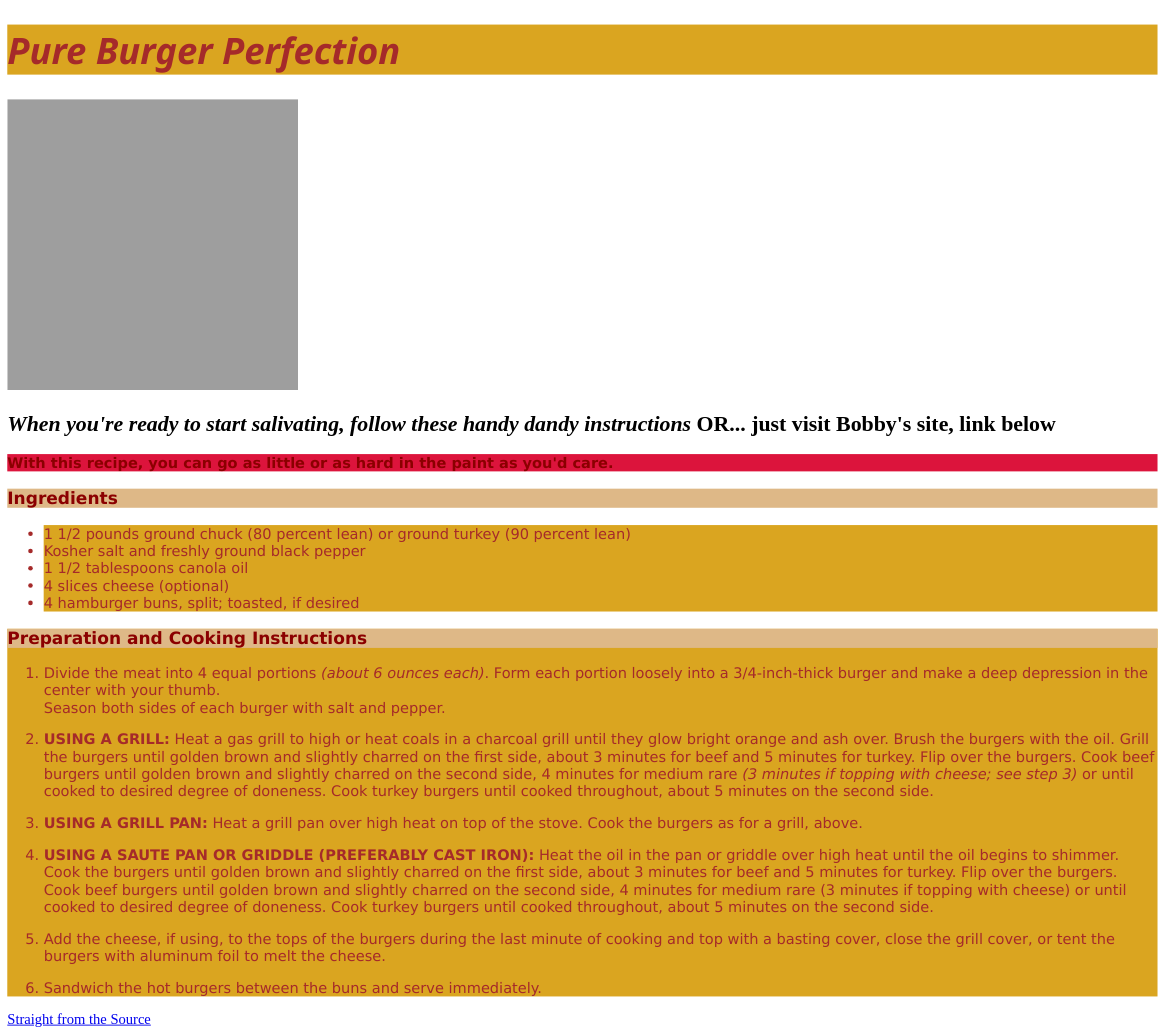
Repository: Spencertainty/practice-time
Page: member-spencer-odin-recipes/recipes/hamburgers.html
These files come from the project's save history. The page is drawn as it stood at one moment and after the next save; the edit follows.
The browser window is 1280 px wide. The pictures show the whole page, at 91% of full size.
Pictures or frames that could not be fetched are drawn as grey boxes.

Above is the page before, as saved 2024-01-10 15:53:03.

### member-spencer-odin-recipes/recipes/hamburgers.html
<!DOCTYPE html>
<!--[if lt IE 7]>      <html class="no-js lt-ie9 lt-ie8 lt-ie7"> <![endif]-->
<!--[if IE 7]>         <html class="no-js lt-ie9 lt-ie8"> <![endif]-->
<!--[if IE 8]>         <html class="no-js lt-ie9"> <![endif]-->
<!--[if gt IE 8]>      <html class="no-js"> <!--<![endif]-->
<html>
    <head>
        <meta charset="utf-8">
        <meta http-equiv="X-UA-Compatible" content="IE=edge">
        <title>hamburgers</title>
        <meta name="description" content="">
        <meta name="viewport" content="width=device-width, initial-scale=1">
        <link rel="stylesheet" href="burger.css">
    </head>

    <body>
        <!--[if lt IE 7]>
            <p class="browsehappy">You are using an <strong>outdated</strong> browser. Please <a href="#">upgrade your browser</a> to improve your experience.</p>
        <![endif]-->
        <h1><b>Pure Burger Perfection</b></h1>

<img src="../links-and-images/Cheeseburger.jpg" alt="the perfect burger" height="320" width="320">
<br>
<h2><em>When you're ready to start salivating, follow these handy dandy instructions</em> OR... just visit Bobby's site, link below</h2>
<p>With this recipe, you can go as little or as hard in the paint as you'd care.</p>
<h3>Ingredients</h3>
<ul>
    <div>
    <li>1 1/2 pounds ground chuck (80 percent lean) or ground turkey (90 percent lean) </li>
    <li>Kosher salt and freshly ground black pepper</li>
    <li>1 1/2 tablespoons canola oil</li>
    <li>4 slices cheese (optional)</li>
    <li>4 hamburger buns, split; toasted, if desired</li>
</div>
</ul>
<div>
<h3>Preparation and Cooking Instructions</h3>
<ol>
    <li>Divide the meat into 4 equal portions <em>(about 6 ounces each)</em>. Form each portion loosely into a 3/4-inch-thick burger and make a deep depression in the center with your thumb.
        <br>Season both sides of each burger with salt and pepper.</br></li>
    <p>

    </p><li><strong> USING A GRILL:</strong> Heat a gas grill to high or heat coals in a charcoal grill until they glow bright orange and ash over.
        Brush the burgers with the oil. Grill the burgers until golden brown and slightly charred on the first side, about 3 minutes for beef and 5 minutes for turkey.
        Flip over the burgers. Cook beef burgers until golden brown and slightly charred on the second side, 4 minutes for medium rare <em>(3 minutes if topping with cheese; see step 3)</em> or until cooked to desired degree of doneness.
        Cook turkey burgers until cooked throughout, about 5 minutes on the second side.</li>
    <p>    <li><b>USING A GRILL PAN:</b> Heat a grill pan over high heat on top of the stove. Cook the burgers as for a grill, above.</li></p>
    <li><strong> USING A SAUTE PAN OR GRIDDLE (PREFERABLY CAST IRON):</strong> Heat the oil in the pan or griddle over high heat until the oil begins to shimmer. Cook the burgers until golden brown and slightly charred on the first side, about 3 minutes for beef and 5 minutes for turkey.
        Flip over the burgers. Cook beef burgers until golden brown and slightly charred on the second side, 4 minutes for medium rare (3 minutes if topping with cheese) or until cooked to desired degree of doneness. Cook turkey burgers until cooked throughout, about 5 minutes on the second side.</li>
        <p><li>Add the cheese, if using, to the tops of the burgers during the last minute of cooking and top with a basting cover, close the grill cover, or tent the burgers with aluminum foil to melt the cheese.</p></li>
    <p><li>Sandwich the hot burgers between the buns and serve immediately.</li>        </p>
    </ol>
</div>
        <a href="https://www.foodnetwork.com/recipes/bobby-flay/perfect-burger-recipe-1957542" target="_blank" rel="noopener noreferrer">Straight from the Source</a>
        <script src="" async defer></script>

    </body>
</html>

### member-spencer-odin-recipes/recipes/burger.css
/* Apply Font Color to Title */

div {
    color: brown;
    background-color: goldenrod;
    text-align: left;
    font-family: Verdana, Geneva, Tahoma, sans-serif;
}

h1 {
    font-style: italic;
    font-family: 'Segoe UI', Tahoma, Geneva, Verdana, sans-serif;
    color: brown;
    font-size: 40px;
    background-color: goldenrod;
}

h2 {

}
h3 {
    font-family: 'Lucida Sans', 'Lucida Sans Regular', 'Lucida Grande', 'Lucida Sans Unicode', Geneva, Verdana, sans-serif;
    color: darkred;
    background-color: burlywood;

}

p {font-family: 'Lucida Sans', 'Lucida Sans Regular', 'Lucida Grande', 'Lucida Sans Unicode', Geneva, Verdana, sans-serif;
    color: darkred;
    background-color: crimson;
    font-weight: bolder;
}

After the next save:
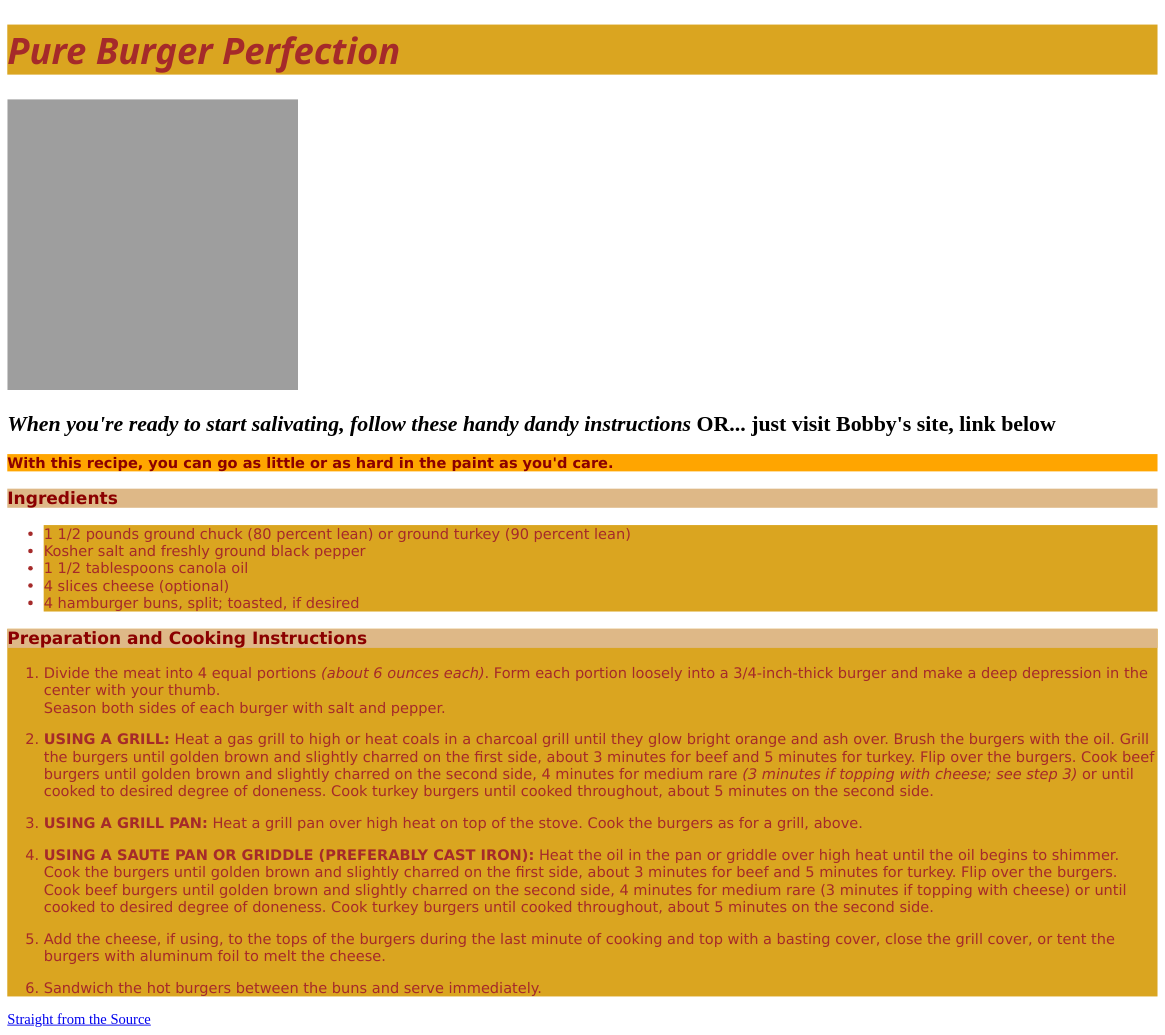
Saved 20 s later.
--- a/member-spencer-odin-recipes/recipes/burger.css
+++ b/member-spencer-odin-recipes/recipes/burger.css
@@ -27,6 +27,6 @@ h3 {
 
 p {font-family: 'Lucida Sans', 'Lucida Sans Regular', 'Lucida Grande', 'Lucida Sans Unicode', Geneva, Verdana, sans-serif;
     color: darkred;
-    background-color: crimson;
+    background-color: orange;
     font-weight: bolder;
 }
